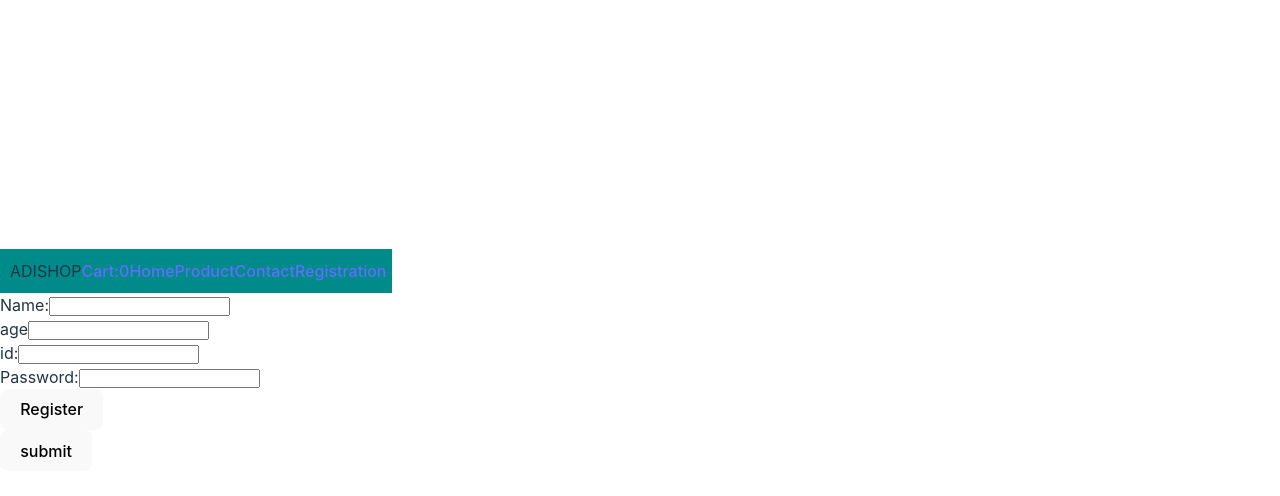
Repository: Aditya0377/React-ecommercewebsite
Page: /registration (app in ecommerce/)
An editor plug-in stored every save of this project. The page is shown before and after the next save, followed by the edit.
The browser window is 1280 px wide. The pictures show the whole page.
The project was rebuilt for these pictures with package versions that can differ from the ones it lists, and the page was loaded fresh each time. Also part of the build but not shown: ecommerce/vite.config.js, ecommerce/src/components/Footer.jsx, ecommerce/src/components/Home.jsx, ecommerce/src/components/Product.css, ecommerce/src/components/LogOut.jsx, ecommerce/src/components/Product.jsx, ecommerce/src/components/Contact.jsx, ecommerce/src/components/Login.css and 2 more. Imported but missing from the stored project, and not drawn on this page: ecommerce/src/components/Cart.

Above is the page before, as saved 2025-01-29 14:40:12.

After the next save:
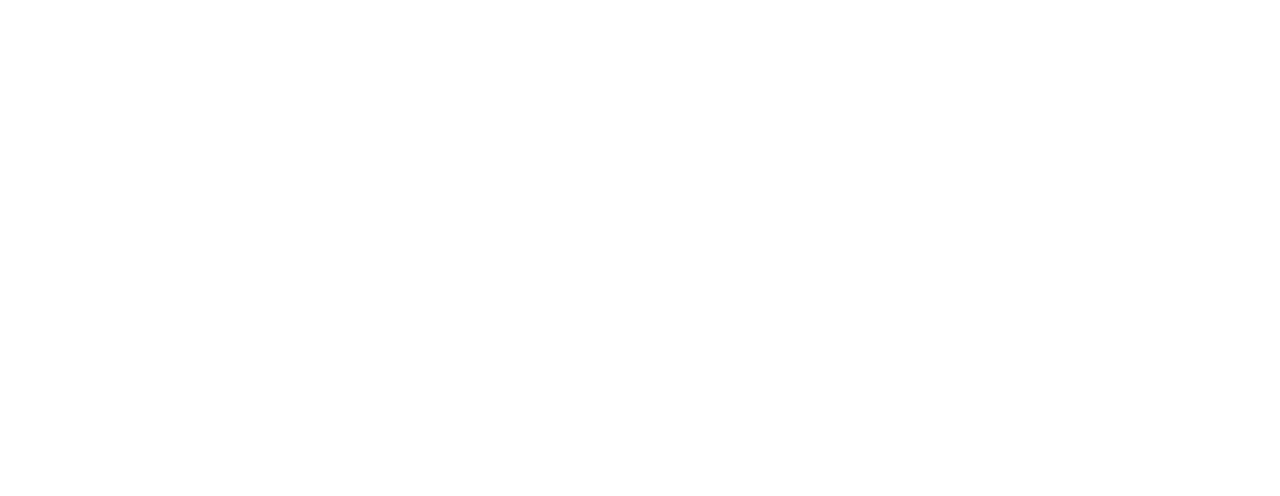
Console error: ReferenceError: exFunc is not defined
Saved 64 s later.
--- a/ecommerce/src/components/Registration.jsx
+++ b/ecommerce/src/components/Registration.jsx
@@ -27,17 +27,7 @@
 
 
     }
-    const exFunc = () => {
-        const token = localStorage.setItem("token", true);
-        console.log(token)
-        if (token) {
-            Navigate("/login")
-        }
-    }
-    // const navToReg = (e) => {
-    //     e.preventDefault();
-    //     Navigate("/login")
-    // }
+
     return (
         <div>
             <form onClick={submit}>

After the save that followed:
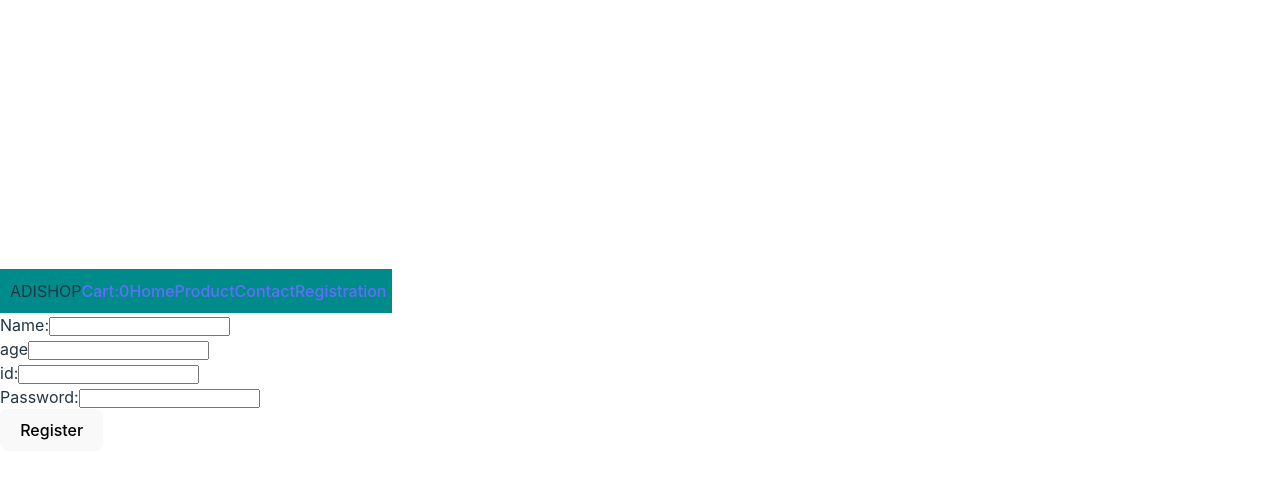
The error is gone.
Saved 7 s later.
--- a/ecommerce/src/components/Registration.jsx
+++ b/ecommerce/src/components/Registration.jsx
@@ -41,9 +41,7 @@
                 <input type="password" id="password" name="password" required onChange={(e) => setPassword(e.target.value)} value={password} /><br />
                 <button type="submit" >Register</button>
             </form>
-            <button onClick={exFunc}>
-                submit
-            </button>
+
         </div>
     )
 }
